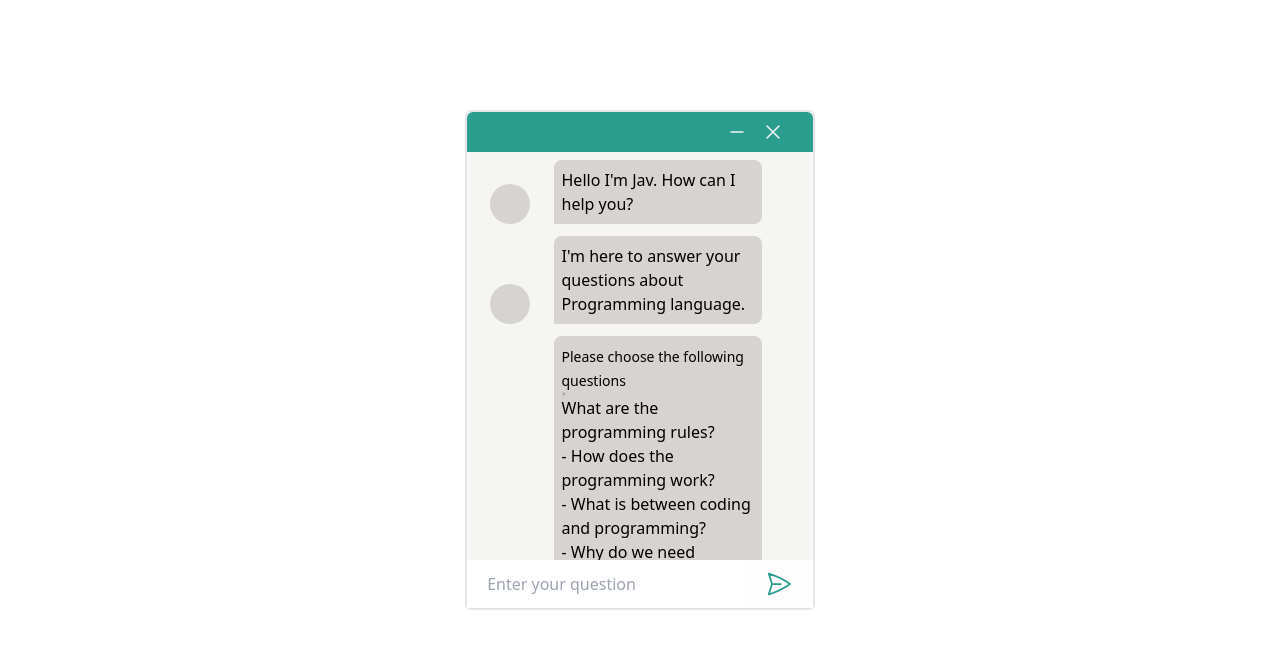
Repository: hsumyatm7308/Chatbot
Page: index.html
These files come from the project's save history. The page is drawn as it stood at one moment and after the next save; the edit follows.
The browser window is 1280 px wide. The pictures show the whole page.
Some web libraries are served in a nearby version.

Above is the page before, as saved 2023-07-09 12:41:14.

### index.html
<!DOCTYPE html>
<html>

<head>
    <title>Chat Bot</title>
    <script src="https://cdn.tailwindcss.com"></script>
</head>

<body class="bg-[#fffff]">

    <div class="w-screen h-screen flex justify-center items-center   container">
        <div class="w-[350px] h-[500px] bg-[#f4f4f4] border-2 border-b-stone-200 rounded-md relative chatbot-container">
            <div
                class="w-full h-10 text-[#f4f4f4] bg-[#2a9d8f] rounded-tl-md rounded-tr-md flex justify-end items-center">
                <svg xmlns="http://www.w3.org/2000/svg" fill="none" viewBox="0 0 24 24" stroke-width="1.5"
                    stroke="currentColor" class="w-6 h-6 mr-3">
                    <path stroke-linecap="round" stroke-linejoin="round" d="M18 12H6" />
                </svg>

                <svg xmlns="http://www.w3.org/2000/svg" fill="none" viewBox="0 0 24 24" stroke-width="1.5"
                    stroke="currentColor" class="w-6 h-6 mr-7">
                    <path stroke-linecap="round" stroke-linejoin="round" d="M6 18L18 6M6 6l12 12" />
                </svg>

            </div>

            <div class="w-full h-[410px] bg-stone-100 overflow-y-scroll">
                <div class="w-full grid grid-cols-4 flex profile-side mt-2 mb-3">
                    <div class="w-full h-auto flex justify-center items-end">
                        <div class="w-10 h-10 rounded-full bg-stone-300">

                        </div>
                    </div>
                    <div class=" col-span-3">
                        <div class="w-full h-auto ">
                            <div class="w-52 h-full bg-stone-300 rounded-lg rounded-bl-none p-2">
                                <span>Hello I'm Jav. How can I help you?</span>
                            </div>
                        </div>
                    </div>
                </div>


                <div class="w-full grid grid-cols-4 flex profile-side mt-2 mb-3">
                    <div class="w-full h-auto flex justify-center items-end">
                        <div class="w-10 h-10 rounded-full bg-stone-300">

                        </div>
                    </div>
                    <div class=" col-span-3">
                        <div class="w-full h-auto ">
                            <div class="w-52 h-full bg-stone-300 rounded-lg rounded-bl-none p-2">
                                <span class="">I'm here to answer your questions about Programming language.</span>
                            </div>
                        </div>
                    </div>
                </div>



                <div class="w-full grid grid-cols-4 flex profile-side mt-2 mb-3">
                    <div class="w-full h-auto flex justify-center items-end">
                        <div class="w-10 h-10 rounded-full bg-stone-300">

                        </div>
                    </div>
                    <div class=" col-span-3">
                        <div class="w-full h-auto ">
                            <div class="w-52 h-full bg-stone-300 rounded-lg rounded-bl-none p-2">
                                <span>
                                    <span class="text-sm">Please choose the following questions</span>
                                    <ul>
                                        <li class="text-md flex"><a href=""><svg xmlns="http://www.w3.org/2000/svg"
                                                    fill="none" viewBox="0 0 24 24" stroke-width="1.5"
                                                    stroke="currentColor" class="w-1 h-1">
                                                    <path stroke-linecap="round" stroke-linejoin="round"
                                                        d="M11.25 4.5l7.5 7.5-7.5 7.5m-6-15l7.5 7.5-7.5 7.5" />
                                                </svg>
                                                What are the programming rules?</a></li>
                                        <li class="text-md"><a href="">- How does the programming work?</a></li>
                                        <li class="text-md"><a href="">- What is between coding and programming?</a>
                                        </li>
                                        <li class="text-md"><a href="">- Why do we need programming?</a></li>
                                        <li class="text-md"><a href="">- Why is coding important?</a></li>
                                    </ul>
                                </span>
                            </div>
                        </div>
                    </div>
                </div>


                <!-- from cus -->
                <div class="w-full  flex justify-end  profile-side mt-2 mb-3">
                    <div>
                        <div class="w-full h-auto  flex justify-end">
                            <div class="w-52 h-full bg-stone-300 rounded-lg rounded-br-none  p-2">
                                <span>I'm here to answer your questions about Programming language.</span>
                            </div>
                        </div>
                    </div>



                </div>

            </div>




            <div class="w-full h-12 bg-red-100 absolute bottom-0 z-10">
                <form action="" class="w-full h-12 bg-[#fefefe] flex justify-between items-center">
                    <input type="text" class="w-[80%] h-full  rounded-bl-md p-4" placeholder=" Enter your question">

                    <button type="submit" class="mr-5">
                        <svg xmlns="http://www.w3.org/2000/svg" fill="none" viewBox="0 0 24 24" stroke-width="1.5"
                            stroke="currentColor" class="w-7 h-7 text-[#2a9d8f]">
                            <path stroke-linecap="round" stroke-linejoin="round"
                                d="M6 12L3.269 3.126A59.768 59.768 0 0121.485 12 59.77 59.77 0 013.27 20.876L5.999 12zm0 0h7.5" />
                        </svg>

                    </button>
                </form>
            </div>


        </div>


    </div>


</body>

</html>

After the next save:
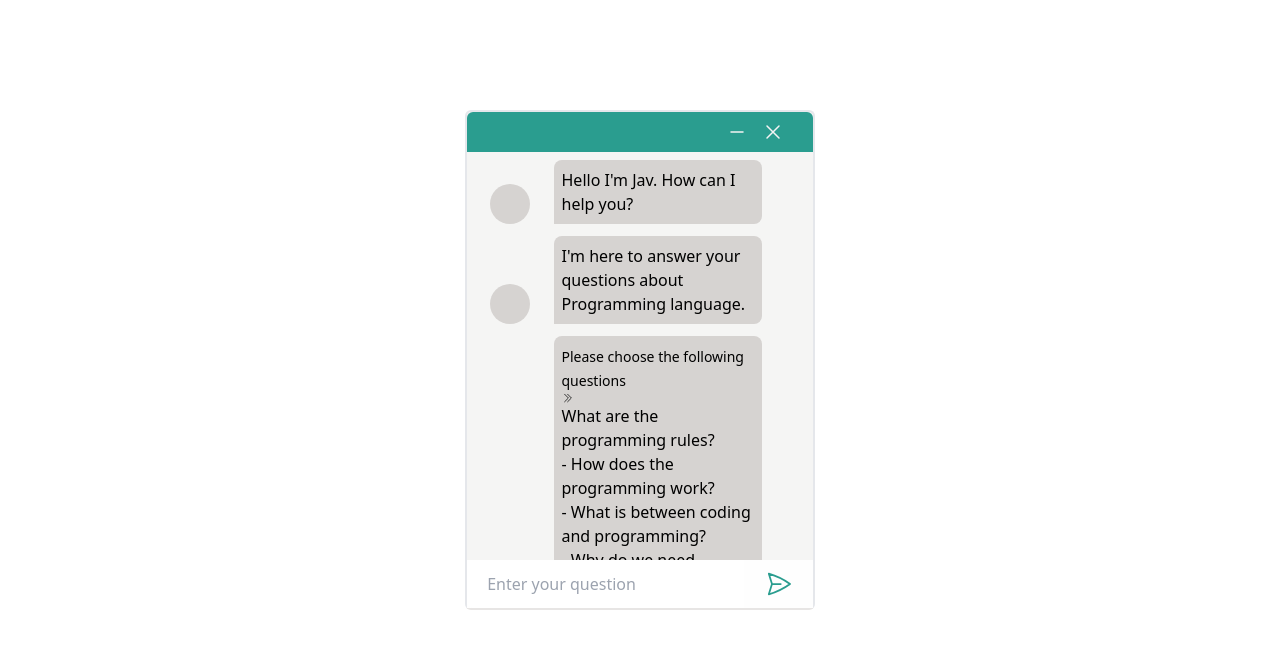
Saved 9 s later.
--- a/index.html
+++ b/index.html
@@ -72,7 +72,7 @@
                                     <ul>
                                         <li class="text-md flex"><a href=""><svg xmlns="http://www.w3.org/2000/svg"
                                                     fill="none" viewBox="0 0 24 24" stroke-width="1.5"
-                                                    stroke="currentColor" class="w-1 h-1">
+                                                    stroke="currentColor" class="w-3 h-3">
                                                     <path stroke-linecap="round" stroke-linejoin="round"
                                                         d="M11.25 4.5l7.5 7.5-7.5 7.5m-6-15l7.5 7.5-7.5 7.5" />
                                                 </svg>
